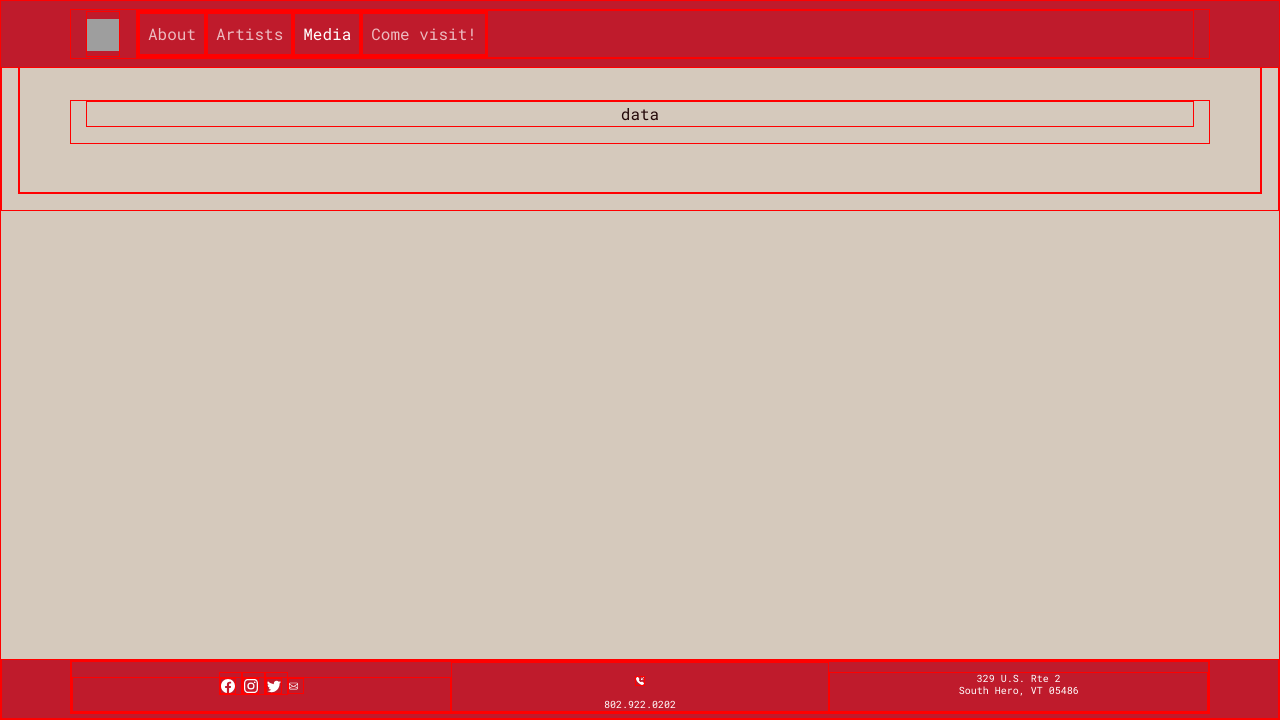
Repository: squirrellypenguin/viteshop
Page: /#/media
These files come from the project's save history. The page is drawn as it stood at one moment and after the next save; the edit follows.
The browser window is 1280 px wide. The pictures show the whole page.
Pictures or frames that could not be fetched are drawn as grey boxes. The project was rebuilt for these pictures with package versions that can differ from the ones it lists, and the page was loaded fresh each time. Also part of the build but not shown: vite.config.js, src/views/Home.vue. Imported but missing from the stored project, and not drawn on this page: src/views/Location.vue.

Above is the page before, as saved 2023-05-07 11:53:22.

After the next save:
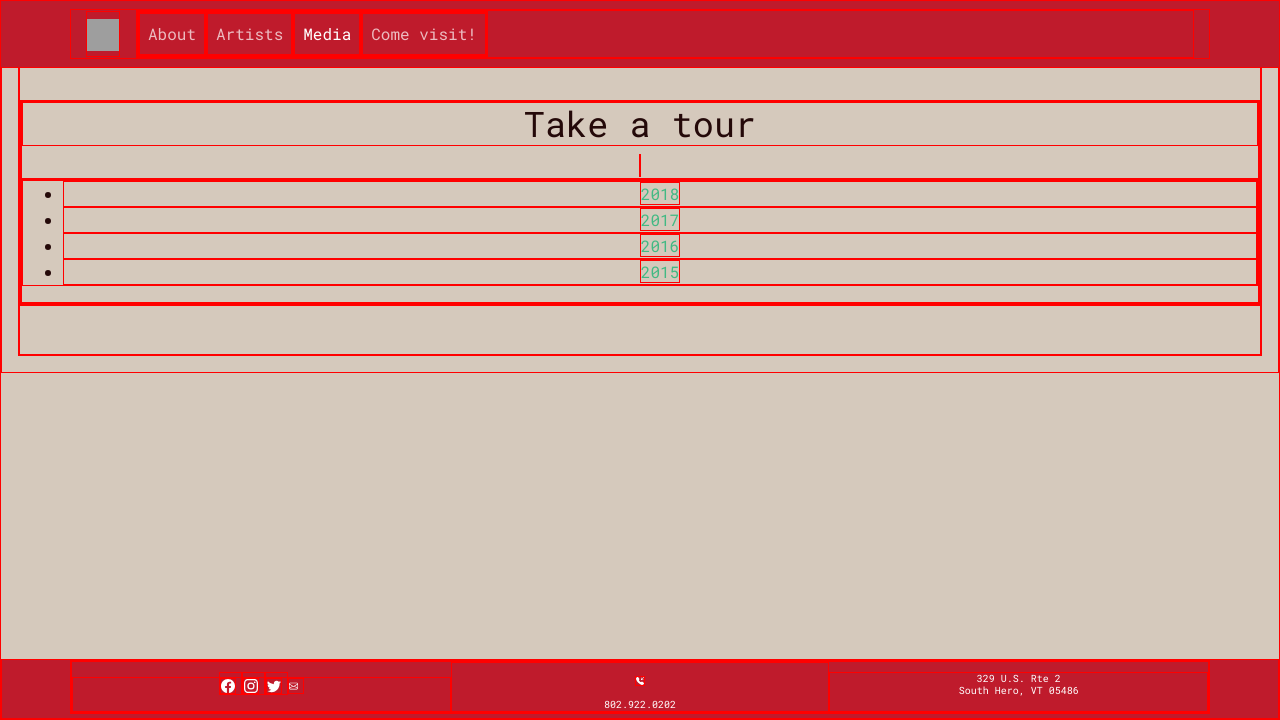
Saved 19 min 38 s later.
--- a/src/views/Media.vue
+++ b/src/views/Media.vue
@@ -1,5 +1,43 @@
 <template>
-  <div class="container">
-<p>data</p>
+<div class="images">
+<div>
+<h1>Take a tour</h1>
+<youtube :player-width="800" :video-id="videoid"></youtube>
+</div><div>
+<ul>
+<li> <a href="https://www.facebook.com/pg/Island-Craft-Shop-189477107771345/photos/?tab=album&album_id=1847258511993188" target="_blank" >2018 </a>
+</li>
+<li>
+ <a href="https://www.facebook.com/pg/Island-Craft-Shop-189477107771345/photos/?tab=album&album_id=1472645036121206" target="_blank" >2017 </a>
+</li>
+<li>
+ <a href="https://www.facebook.com/media/set/?set=a.1124913814227665.1073741837.189477107771345&type=3" target="_blank">2016</a>
+ </li>
+ <li>
+ <a href="https://www.facebook.com/media/set/?set=a.913779898674392.1073741836.189477107771345&type=3" target="_blank">2015</a>
+ </li>
+ </ul>
+ </div>
+<div>
+
+
+
+</div>
   </div>
 </template>
+
+<script>
+
+export default {
+  components: {
+
+  },
+   data() {
+      return {
+        videoid: "nmsZRw-RWYI",
+
+      };
+    },
+}
+
+</script>
